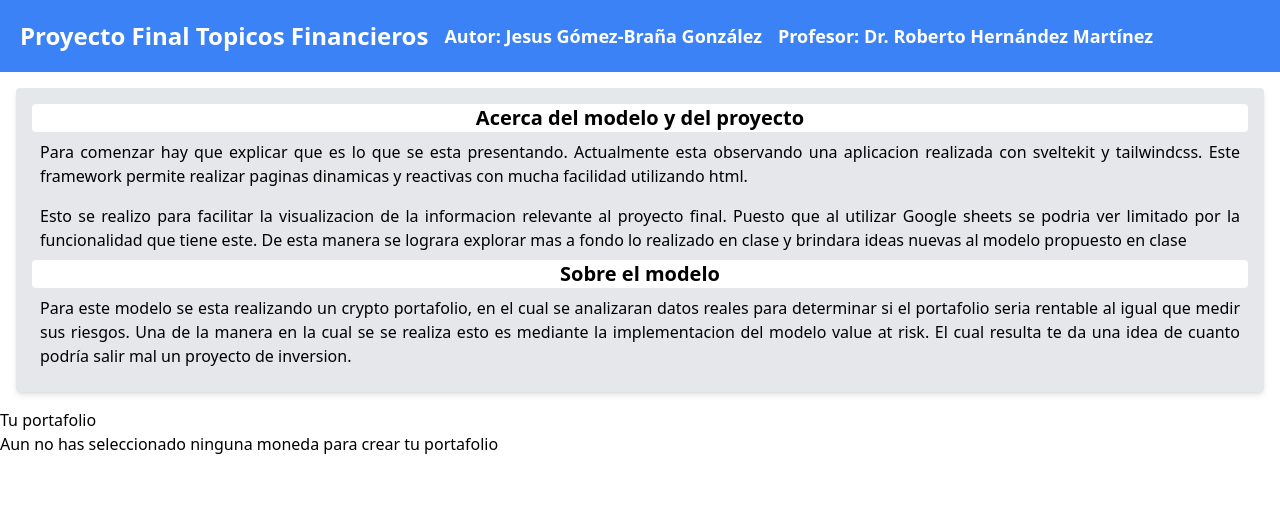
Repository: SistemaACT/Portafolio
Page: /
An editor plug-in stored every save of this project. The page is shown before and after the next save, followed by the edit.
The browser window is 1280 px wide. The pictures show the whole page.
The page's requests for data from a server got no answer. The project was rebuilt for these pictures with package versions that can differ from the ones it lists, and the page was loaded fresh each time. The framework's server and built-in components were replaced by stand-ins that run in the browser. No one was signed in, and anything a server would have sent is missing. Also part of the build but not shown: svelte.config.js, vite.config.ts.

Above is the page before, as saved 2024-07-07 12:29:09.

### src/routes/+page.svelte
<script lang="ts">
    import { onMount } from "svelte";
    let coins:any;
    onMount(async () => {
      try {
        let res = await fetch("https://private-coingecko-api.vercel.app/API", {
          method: "POST",
          headers: {
            'x-api-key': "YOUR_VALID_API_KEY",
            "Content-Type": "application/json",
          },
          body: JSON.stringify({
            func: "get_coin_list",
            params: [],
          }),
        });
        coins = await res.json()
        console.log(coins);

      } catch (error) {
        console.error(error);
      }
    });

    let selected_coins:{id:string,name:string,symbol:string}[] = []

  </script>





<div class="w-full bg-blue-500 text-white p-5 text-2xl font-bold flex items-center  space-x-4 ">
    <h1>
        Proyecto Final Topicos Financieros
    </h1>
    <p class="text-lg">Autor: Jesus Gómez-Braña González</p>
    <p class="text-lg">Profesor: Dr. Roberto Hernández Martínez</p>

</div>

<div class="bg-gray-200 rounded p-4 flex flex-col items-center m-4 shadow-md">
    <h2 class="w-full bg-white rounded text-xl font-bold text-center">Acerca del modelo y del proyecto</h2>
    <p class="text-justify p-2">
        Para comenzar hay que explicar que es lo que se esta presentando. Actualmente
        esta observando una aplicacion realizada con sveltekit y tailwindcss. Este framework permite
        realizar paginas dinamicas y reactivas con mucha facilidad utilizando html.
    </p>
    <p class="text-justify p-2">
        Esto se realizo para facilitar la visualizacion de la informacion relevante al proyecto final.
        Puesto que al utilizar Google sheets se podria ver limitado por la funcionalidad que tiene este.
        De esta manera se lograra explorar mas a fondo lo realizado en clase y brindara ideas nuevas al modelo
        propuesto en clase
    </p>
    <h3 class="w-full bg-white rounded text-xl font-bold text-center">Sobre el modelo</h3>
    <p class="text-justify p-2">
        Para este modelo se esta realizando un crypto portafolio, en el cual se analizaran datos reales para
        determinar si el portafolio seria rentable al igual que medir sus riesgos. Una de la manera en la cual se
        se realiza esto es mediante la implementacion del modelo value at risk. El cual resulta te da una idea de cuanto podría salir mal un proyecto de inversion.
    </p>
</div>

{#if coins}
<form class="w-full m-4 p-4 bg-gray-200 rounded flex justify-start space-x-5 items-center" >
<h2 class="font-bold">Crea tu portafolio Maximo 7 monedas</h2>
<input type="text" class="rounded border border-black bg-white" list="Selected_coin">
<datalist id="Selected_coin" >
  {#each coins as coin }
    <option value={coin.id}>{coin.name}</option>
  {/each}
</datalist>
<button class="p-2 bg-blue-500 text-white rounded" type="submit">Agregar moneda</button>
</form>
{/if}

<div>
  <h2>Tu portafolio</h2>
  {#if selected_coins.length==0}
    <p>Aun no has seleccionado ninguna moneda para crear tu portafolio</p>
  {:else}
    {#each selected_coins as coin}
      <div>
        <p>Id:{coin.id}</p>
        <p>Name:{coin.name}</p>
        <p>Symbol:{coin.symbol}</p>
      </div>
    {/each}
  {/if}
</div>

Loaded but not shown: src/app.html (common file); src/routes/+layout.svelte (common file); src/app.css (common file); tailwind.config.js (common file)

After the next save:
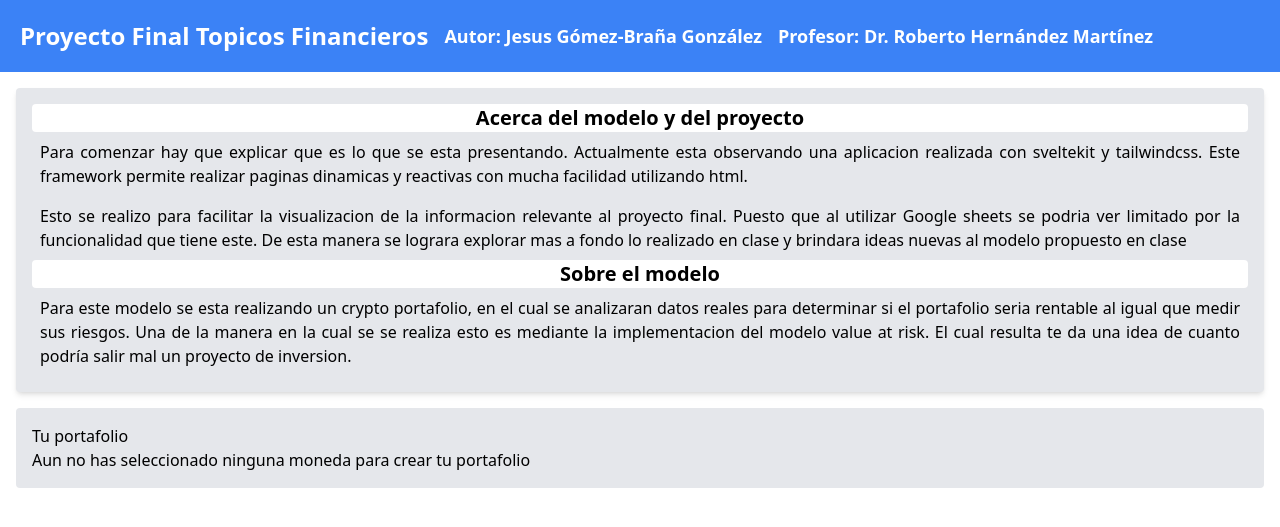
Saved 23 s later.
--- a/src/routes/+page.svelte
+++ b/src/routes/+page.svelte
@@ -73,7 +73,7 @@
 </form>
 {/if}
 
-<div>
+<div class="m-4 p-4 bg-gray-200 rounded">
   <h2>Tu portafolio</h2>
   {#if selected_coins.length==0}
     <p>Aun no has seleccionado ninguna moneda para crear tu portafolio</p>
